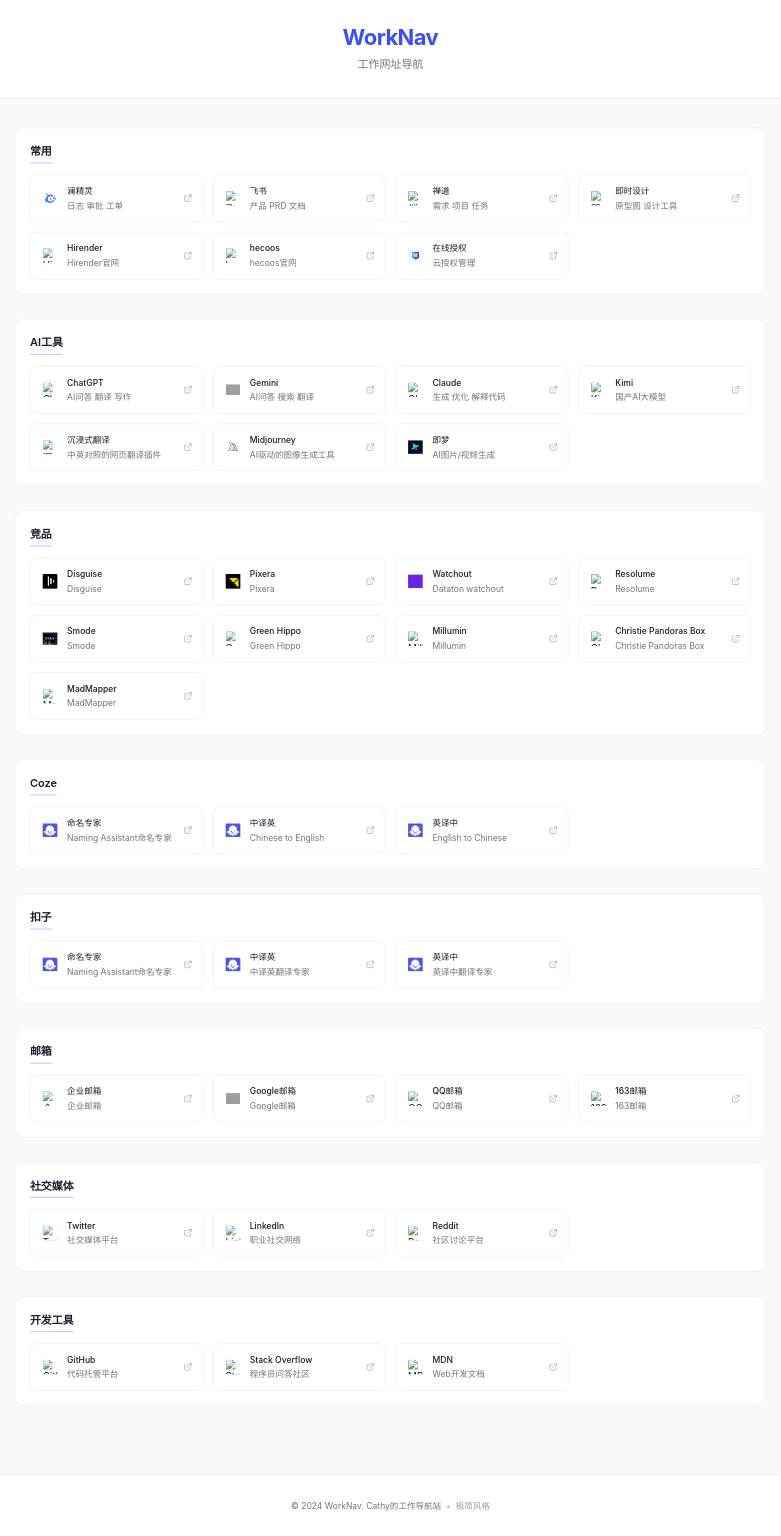
Repository: SweetPomelo0/WorkNav
Page: /
The author's editor kept a copy of each file at every save. The page is drawn from the files as they stood at one save, then again after the next save.
The browser window is 1280 px wide. The pictures show the whole page, at 61% of full size.
Pictures or frames that could not be fetched are drawn as grey boxes. The project was rebuilt for these pictures with package versions that can differ from the ones it lists, and the page was loaded fresh each time. The framework's server and built-in components were replaced by stand-ins that run in the browser. Also part of the build but not shown: next.config.ts.

Above is the page before, as saved 2025-07-26 20:55:00.

After the next save:
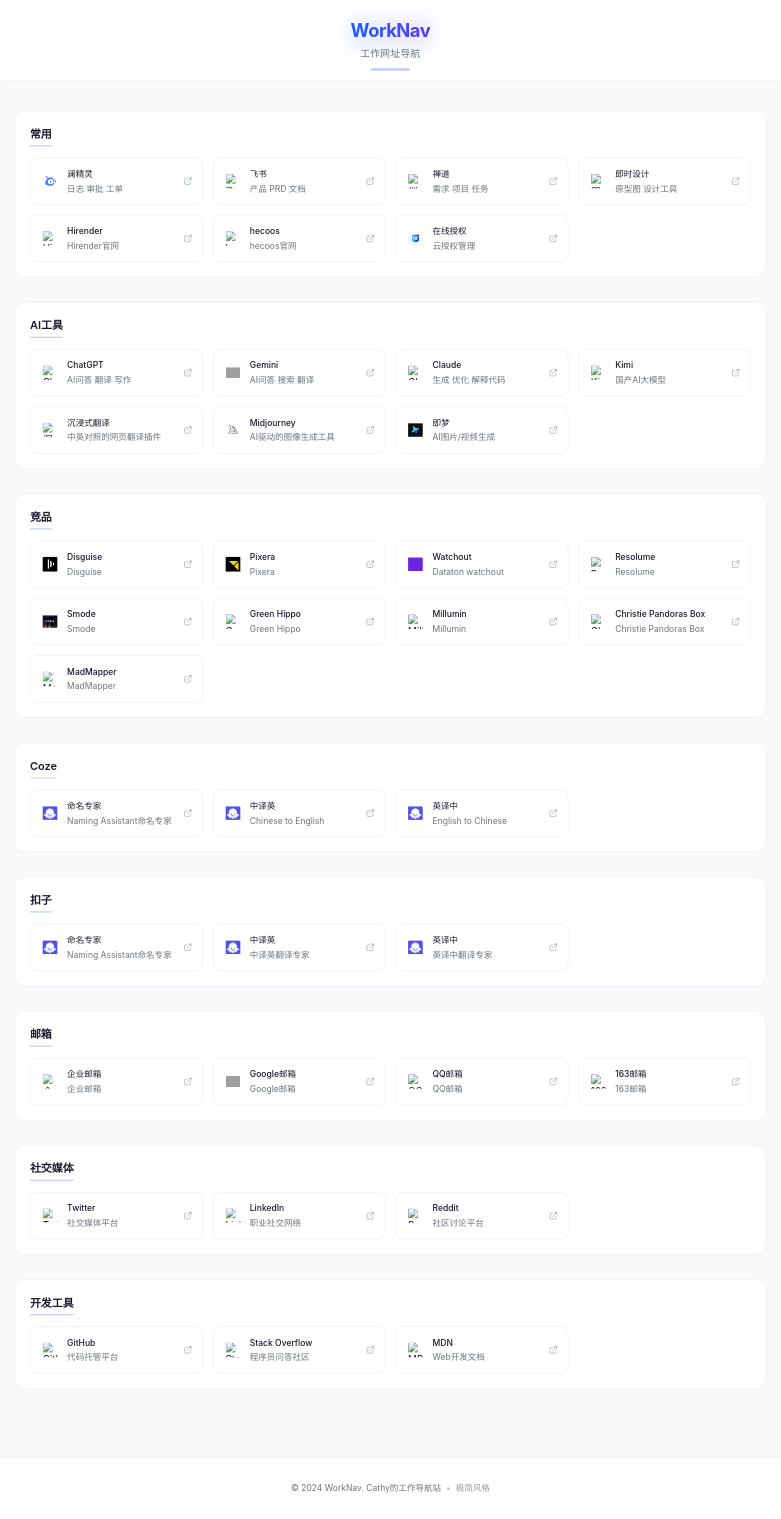
Saved 117 s later.
--- a/src/app/page.tsx
+++ b/src/app/page.tsx
@@ -88,11 +88,15 @@
   return (
     <div className="min-h-screen" style={{ background: 'var(--background)', color: 'var(--text-primary)' }}>
       {/* Header */}
-      <header style={{ background: 'var(--header-bg)', borderBottom: '1px solid var(--card-border)' }}>
-        <div className="max-w-7xl mx-auto px-6 py-10">
-          <div className="text-center">
-            <h1 className="text-4xl font-bold mb-3 tracking-tight bg-clip-text text-transparent bg-gradient-to-r from-blue-600 to-indigo-600 dark:from-blue-400 dark:to-indigo-400">WorkNav</h1>
-            <p className="text-lg" style={{ color: 'var(--text-secondary)' }}>工作网址导航</p>
+      <header style={{ background: 'var(--header-bg)', borderBottom: '1px solid var(--card-border)', boxShadow: '0 2px 10px rgba(0,0,0,0.03)' }}>
+        <div className="max-w-7xl mx-auto px-6 py-8">
+          <div className="text-center relative">
+            <div className="inline-block relative">
+              <span className="absolute -inset-1 blur-md opacity-10 bg-gradient-to-r from-blue-600 to-indigo-600 rounded-lg"></span>
+              <h1 className="text-3xl font-bold mb-2 tracking-tight bg-clip-text text-transparent bg-gradient-to-r from-blue-600 to-indigo-600 dark:from-blue-400 dark:to-indigo-400 relative">WorkNav</h1>
+            </div>
+            <p className="text-base" style={{ color: 'var(--text-secondary)', letterSpacing: '0.5px' }}>工作网址导航</p>
+            <div className="absolute left-1/2 -bottom-4 w-16 h-1 rounded-full bg-gradient-to-r from-blue-600/30 to-indigo-600/30 transform -translate-x-1/2"></div>
           </div>
         </div>
       </header>

After the save that followed:
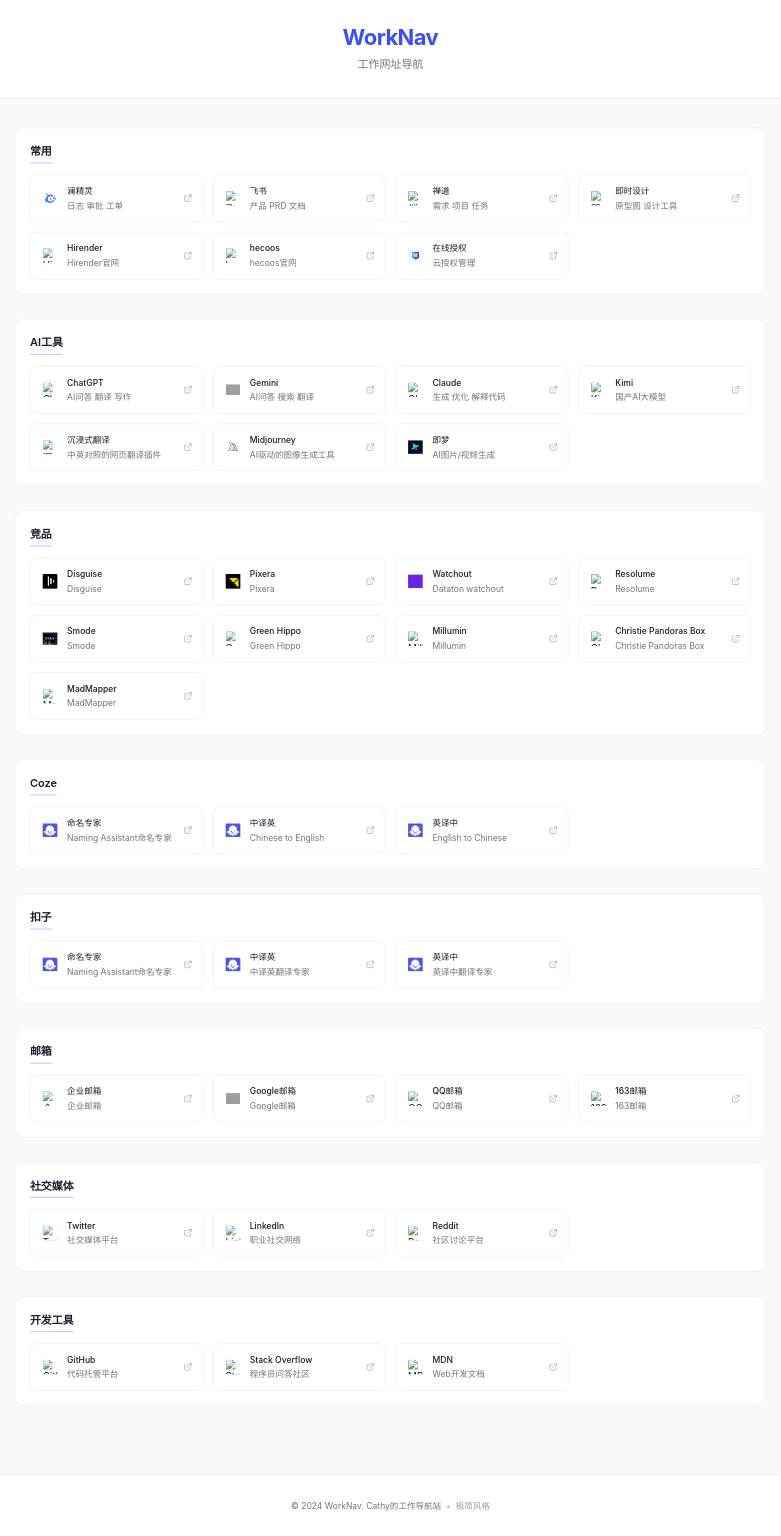
Saved 36 s later.
--- a/src/app/page.tsx
+++ b/src/app/page.tsx
@@ -88,15 +88,11 @@
   return (
     <div className="min-h-screen" style={{ background: 'var(--background)', color: 'var(--text-primary)' }}>
       {/* Header */}
-      <header style={{ background: 'var(--header-bg)', borderBottom: '1px solid var(--card-border)', boxShadow: '0 2px 10px rgba(0,0,0,0.03)' }}>
-        <div className="max-w-7xl mx-auto px-6 py-8">
-          <div className="text-center relative">
-            <div className="inline-block relative">
-              <span className="absolute -inset-1 blur-md opacity-10 bg-gradient-to-r from-blue-600 to-indigo-600 rounded-lg"></span>
-              <h1 className="text-3xl font-bold mb-2 tracking-tight bg-clip-text text-transparent bg-gradient-to-r from-blue-600 to-indigo-600 dark:from-blue-400 dark:to-indigo-400 relative">WorkNav</h1>
-            </div>
-            <p className="text-base" style={{ color: 'var(--text-secondary)', letterSpacing: '0.5px' }}>工作网址导航</p>
-            <div className="absolute left-1/2 -bottom-4 w-16 h-1 rounded-full bg-gradient-to-r from-blue-600/30 to-indigo-600/30 transform -translate-x-1/2"></div>
+      <header style={{ background: 'var(--header-bg)', borderBottom: '1px solid var(--card-border)' }}>
+        <div className="max-w-7xl mx-auto px-6 py-10">
+          <div className="text-center">
+            <h1 className="text-4xl font-bold mb-3 tracking-tight bg-clip-text text-transparent bg-gradient-to-r from-blue-600 to-indigo-600 dark:from-blue-400 dark:to-indigo-400">WorkNav</h1>
+            <p className="text-lg" style={{ color: 'var(--text-secondary)' }}>工作网址导航</p>
           </div>
         </div>
       </header>
